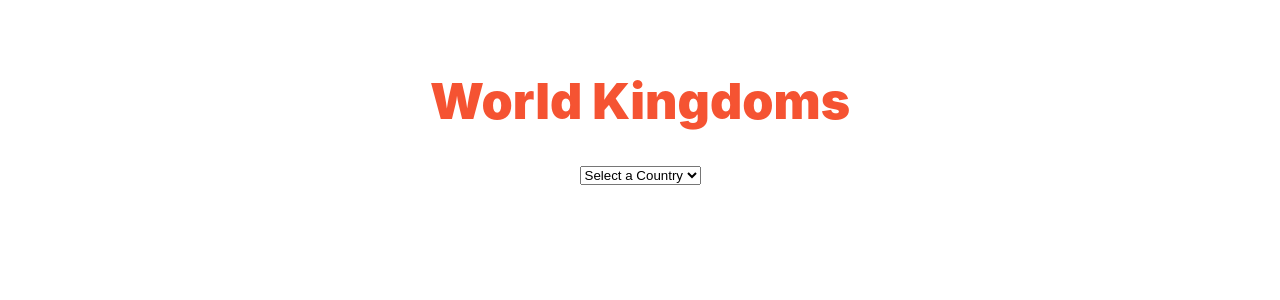
Repository: GloGlorGloria/COMP3170-lab7
Page: /
These files come from the project's save history. The page is drawn as it stood at one moment and after the next save; the edit follows.
The browser window is 1280 px wide. The pictures show the whole page.
The page's requests for data from a server got no answer. The project was rebuilt for these pictures with package versions that can differ from the ones it lists, and the page was loaded fresh each time. No one was signed in, and anything a server would have sent is missing. Also part of the build but not shown: vite.config.js, src/components/Details.jsx.

Above is the page before, as saved 2024-11-24 02:13:45.

After the next save:
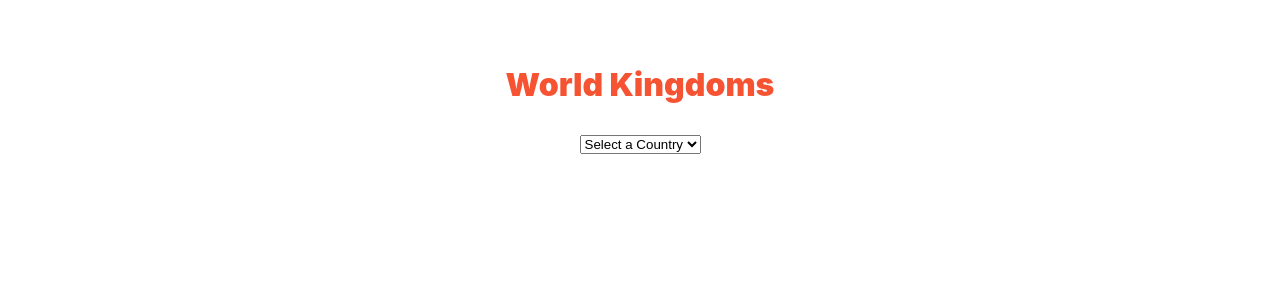
Saved 33 s later.
--- a/src/index.css
+++ b/src/index.css
@@ -23,14 +23,14 @@ a:hover {
 }
 
 
-h1 {
+/* h1 {
   font-size: 50px;
   line-height: 1.1;
 }
 
 h1:hover{
   color: #ed9614;
-}
+} */
 
 /* button {
   border-radius: 8px;
